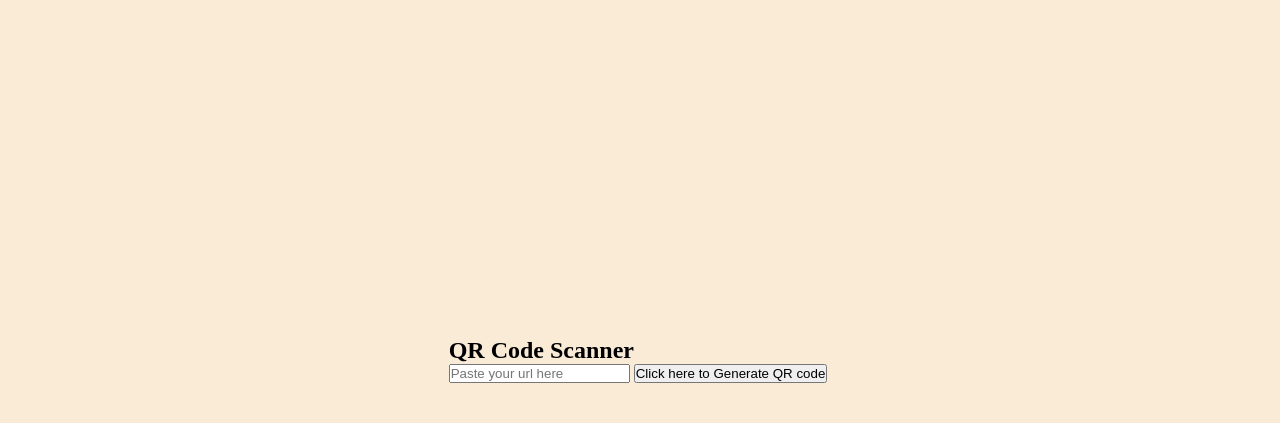
Repository: JunaidAnsari202/QR-Scanner
Page: index.html
An editor plug-in stored every save of this project. The page is shown before and after a run of saves, followed by the edit.
The browser window is 1280 px wide. The pictures show the whole page.

Above is the page before, as saved 2024-10-12 12:12:54.

After the next 7 saves:
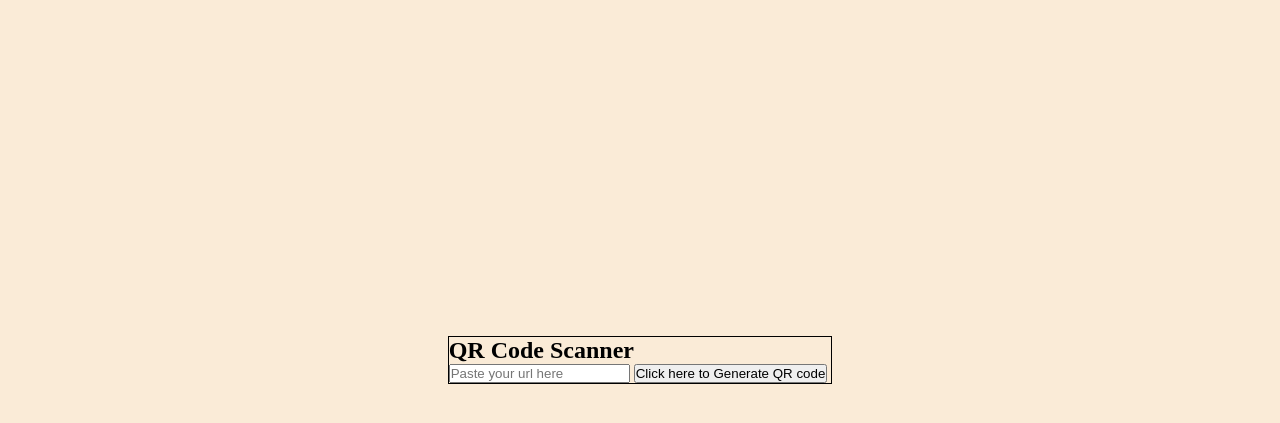
The 7 saves are shown as one change because they came seconds apart.
The last was saved 12 s later.
--- a/style.css
+++ b/style.css
@@ -13,5 +13,5 @@ body{
 }
 
 .qr-container{
-    border: ;
+    border: 1px solid black;
 }
